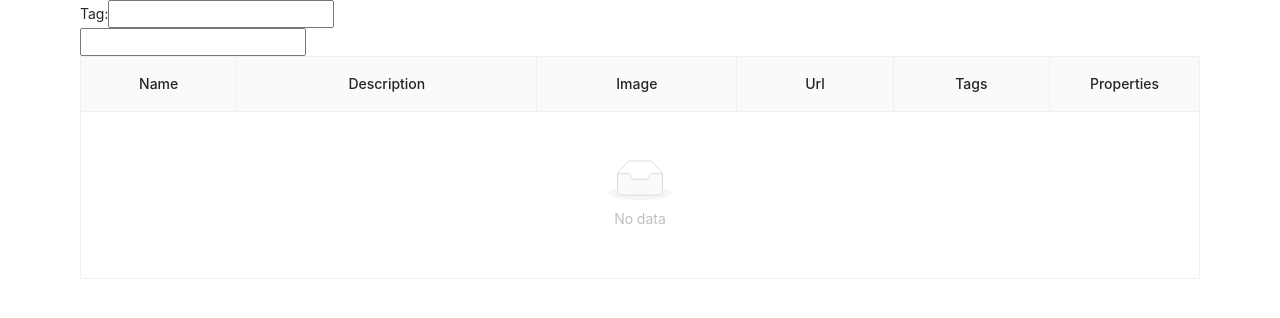
Repository: nitpfy/vote-applet
Page: / (app in table/)
An editor plug-in stored every save of this project. The page is shown before and after the next save, followed by the edit.
The browser window is 1280 px wide. The pictures show the whole page.
The page's requests for data from a server got no answer. The project was rebuilt for these pictures with package versions that can differ from the ones it lists, and the page was loaded fresh each time. No one was signed in, and anything a server would have sent is missing.

Above is the page before, as saved 2022-01-20 02:03:24.

### table/public/index.html
<!DOCTYPE html>
<html lang="en">
  <head>
    <meta charset="utf-8" />
    <meta name="viewport" content="width=device-width, initial-scale=1" />
    <meta name="theme-color" content="#000000" />
    <meta
      name="description"
      content="Web site created using create-react-app"
    />

    <title>Table</title>
  </head>
  <body>
    <noscript>You need to enable JavaScript to run this app.</noscript>
    <div id="root"></div>
  </body>
</html>

### table/src/App.js
import React, { memo, useEffect, useState } from 'react';
import 'antd/dist/antd.css';
import { Table, Tag, Space, Modal, Button, Tooltip } from 'antd';
import {useAxios} from './hooks'

const Cpn = (props) => {
  const [isModalVisible, setIsModalVisible] = useState(false);
  const data=props.item.map((it,idx)=>({...it,key:idx}))
  const columns = [
    {
      title: 'Type',
      dataIndex: 'type',
      key: 'type',
      align:'center',
    },
    {
      title: 'Url',
      dataIndex: 'url',
      key: 'url',
      align:'center',
      render: url => <a href={url}>{url}</a>,
    }]
  const showModal = () => {
    setIsModalVisible(true);
  };

  const handleOk = () => {
    setIsModalVisible(false);
  };

  const handleCancel = () => {
    setIsModalVisible(false);
  };

  return (
    <>
      <Button type="primary" onClick={showModal}>
        Proprety
      </Button>
      <Modal visible={isModalVisible} onOk={handleOk} onCancel={handleCancel} width='630px'  closable='false'>
      <div style={{margin:'20px 0 0 0'}}>
        <Table columns={columns} dataSource={data} bordered='true' pagination={false}/>
      </div>
      </Modal>
    </>
  );
};

export default memo(function App() {
  const {data,loading,error} = useAxios({url:'http://www.mocky.io/v2/5ea28891310000358f1ef182'})
  const [datas, setdatas] = useState()
  useEffect(()=>{
    setdatas(data?.apis.map((it,idx)=>({...it,key:idx})))
  },[data])
  if(loading) return loading
  if(error) console.log('error:',error);

  console.log('datas:',datas);
  const columns = [
    {
      title: 'Name',
      dataIndex: 'name',
      key: 'name',
      align:'center',
    },
    {
      title: 'Description',
      dataIndex: 'description',
      key: 'description',
      width:'300px',
      align:'center',
      render: text => <Tooltip placement="topLeft" title={text}>{text}</Tooltip>,
      onCell: () => {
        return {
          style: {
            maxWidth: 300,
            overflow: 'hidden',
            whiteSpace: 'nowrap',
            textOverflow: 'ellipsis'
          }
        }
      },
    },
    {
      title: 'Image',
      dataIndex: 'image',
      key: 'image',
      align:'center',
      width:'200px',
      render: img => <img src={img} alt='null'></img>,
    },
    {
      title: 'Url',
      dataIndex: 'baseURL',
      key: 'url',
      align:'center',
      render: url => <a href={url}>{url}</a>,
    },
    {
      title: 'Tags',
      key: 'tags',
      dataIndex: 'tags',
      align:'center',
      render: tags => (
        <>
          {tags.map(tag => {
            let color = tag.length > 5 ? 'geekblue' : 'green';
            return (
              <Tag color={color} key={tag} style={{margin:'0px'}}>
                {tag.toUpperCase()}
              </Tag>
            );
          })}
        </>
      ),
    },
    {
      title: 'Properties',
      key: 'properties',
      dataIndex: 'properties',
      align:'center',
      width:'150px',
      render: (item,idx) => (
        <Cpn item={item}></Cpn>
      ),
    },
  ];
  return (
  <div style={{width:'1120px',margin:'auto'}}>
    <div>Tag:<input/></div><input/>
    <Table columns={columns} dataSource={datas} bordered='true' scroll={{ y: '530px' }} pagination={false}/>
  </div>
  );
});

### table/src/hooks.js
import React, { memo, useEffect,useState } from 'react';
import axios from 'axios';

export function useAxios(config){
  const [data, setdata] = useState()
  const [loading, setloading] = useState(true)
  const [error, seterror] = useState()
  const [i, setI] = useState(0)
  useEffect(() => {
    const CancelToken = axios.CancelToken
    const source = CancelToken.source()
    var req = axios({
      ...config,
      cancelToken: source.token,
    })
    req.then(res=>{
      setdata(res.data)
      setloading(false)
    }).catch(e=>{
      seterror('400:',e.toString())
      setloading(false)
    })
    return () => source.cancel()
  }, [config.url,i])
  function update(){
    setI(i+1)
  }
  return {data,loading,error,update}
}

Loaded but not shown: table/src/index.js (common file)

After the next save:
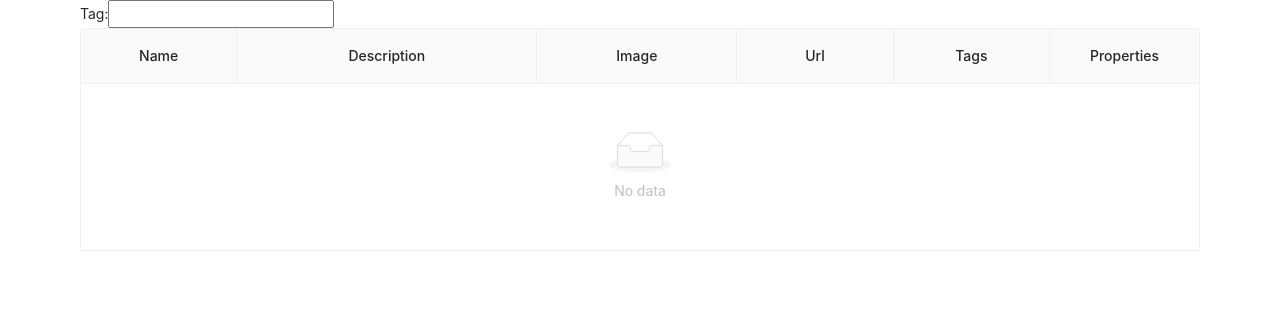
Saved 6 s later.
--- a/table/src/App.js
+++ b/table/src/App.js
@@ -127,7 +127,7 @@ export default memo(function App() {
   ];
   return (
   <div style={{width:'1120px',margin:'auto'}}>
-    <div>Tag:<input/></div><input/>
+    <div>Tag:<input/></div>
     <Table columns={columns} dataSource={datas} bordered='true' scroll={{ y: '530px' }} pagination={false}/>
   </div>
   );
